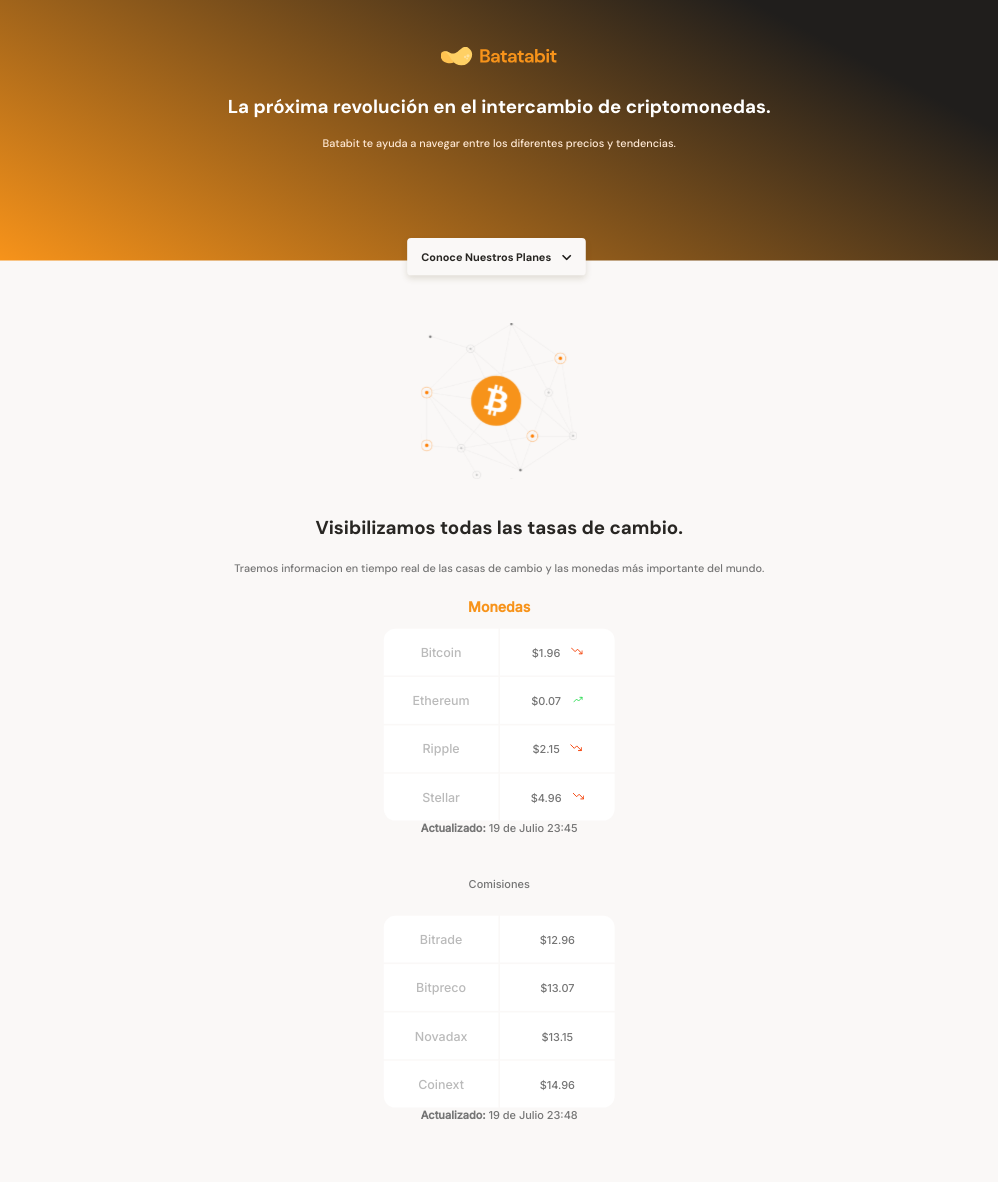
Repository: EnzoSz/Mobile-First
Page: index.html
These files come from the project's save history. The page is drawn as it stood at one moment and after the next save; the edit follows.
The browser window is 1280 px wide. The pictures show the whole page, at 78% of full size.

Above is the page before, as saved 2021-01-28 21:30:22.

### index.html
<!DOCTYPE html>
<html lang="en">
<head>
    <meta charset="UTF-8">
    <meta name="viewport" content="width=device-width, initial-scale=1.0">
    <title>Document</title>
    <link rel="preconnect" href="https://fonts.gstatic.com">
    <link href="https://fonts.googleapis.com/css2?family=DM+Sans:wght@400;500;700&family=Inter:wght@300;500&display=swap" rel="stylesheet">
    <link rel="stylesheet" href="./estilos.css">
</head>
<body>
    <header>
        <img src="./assets/img/logo.svg" alt="">
        <div class="header--title-container">
            <h1>La próxima revolución en el intercambio de criptomonedas.</h1>
            <p>Batabit te ayuda a navegar entre los diferentes precios y tendencias.</p>
            <a href="" class="header--button">Conoce Nuestros Planes <span></span></a>
        </div>
    </header>
    <main>
        <section class="main-exchange-container">
            <div class="backgroundImg"></div>
            <div class="main.exchange-container--title">
                <h2>Visibilizamos todas las tasas de cambio.</h2>
                <p>
                    Traemos informacion en  tiempo real de las casas de cambio y las monedas más importante del mundo.

                </p>
            </div>
            <section class="main-tables-container">
                <div class="main-currency-table">
                    <p class="currency-table--title">Monedas</p>
                    <div class="currency-table--container">
                        <table>
                            <tr>
                                <td class="table__top-left">Bitcoin</td>
                                <td class="table__top-right table__right">$1.96 <span class="down"></span></td>
                            </tr>
                            <tr>
                                <td>Ethereum</td>
                                <td class="table__right">$0.07 <span class="up"></span></td>
                            </tr>
                            <tr>
                                <td>Ripple</td>
                                <td class="table__right">$2.15 <span class="down"></span></td>
                            </tr>
                            <tr>
                                <td class="table__bottom-left">Stellar</td>
                                <td class="table__bottom-right table__right">$4.96 <span class="down"></span></td>
                            </tr>
                        </table>
                    </div>
                    <div class="currency-table-date">
                        <p>
                            <b>Actualizado:</b> 19 de Julio 23:45
                        </p>
                    </div>
                </div>
                <div class="main-commissions-table">
                    <p class="commissions-table--title">Comisiones</p>
                    <div class="commissions-table--container">
                        <table>
                            <tr>
                                <td class="table__top-left">Bitrade</td>
                                <td class="table__top-right table__right">$12.96</td>
                            </tr>
                            <tr>
                                <td>Bitpreco</td>
                                <td class="table__right">$13.07</td>
                            </tr>
                            <tr>
                                <td>Novadax</td>
                                <td class="table__right">$13.15</td>
                            </tr>
                            <tr>
                                <td class="table__bottom-left">Coinext</td>
                                <td class="table__bottom-right table__right">$14.96</td>
                            </tr>
                        </table>
                    </div>
                    <div class="currency-table-date">
                        <p>
                            <b>Actualizado:</b> 19 de Julio 23:48
                        </p>
                    </div>
                </div>
            </section>
        </section>
        <section></section>
        <section></section>
        <section></section>
    </main>
    <footer></footer>
</body>
</html>

### estilos.css
/*
1. Posicionamiento
2. Modelo de caja (Box model)
3. Tipografía
4. Visuales
5. Otros
*/
:root {
    /*Colores */
    --bitcoin-orange: #F7931A;
    --soft-orange: #FFE9D5;
    --secondary-blue: #1A9AF7;
    --soft-blue: #E7F5FF;
    --warm-black: #201E1C;
    --warm-black1: #282623;
    --grey: #BABABA;
    --off-white: #FAF8F7;
    --just-white: #FFFFFF;
}
* {
    box-sizing: border-box;
    margin: 0;
    padding: 0;
}
html {
    font-size: 62.5%;
    font-family: 'DM Sans', sans-serif;
}
header {
    position: relative;
    display: flex;
    flex-direction: column;
    justify-content: center;
    width: 100%;
    min-width: 32rem;
    height: 33.4rem;
    text-align: center;
    background: linear-gradient(207.8deg, #201E1C 16.69%, #F7931A 100%);;
}
header img {
    width: 15rem;
    height: 2.4rem;
    margin-top: 6.0rem;
    align-self:center;
}
.header--title-container {
    width: 90%;
    min-width: 28.8rem;
    max-width: 90rem;
    height: 21.8rem;
    margin-top: 4rem;
    text-align: center;
    align-self:center;

}
.header--title-container h1 {
    font-size: 2.4rem;
    font-weight: bold;
    line-height: 2.6rem;
    color: var(--just-white);
}
.header--title-container p {
    margin-top: 25px;
    font-size: 1.4rem;
    font-weight: 500;
    line-height: 1.8rem;
    color: var(--soft-orange);
}
.header--title-container .header--button {
    position: absolute;
    left: calc(50% - 118px);
    top: 270px;
    display: block;
    margin-top: 35px;
    padding: 15px;
    width: 229px;
    height: 48px;
    background-color: var(--off-white);
    /*Sombra*/
    box-shadow: 0px 4px 8px rgba(89, 73, 30, 0.16);
    border: none;
    border-radius: 5px;
    font-size: 1.4rem;
    font-weight: bold;
    text-decoration: none;
    color: var(--warm-black1);
}
.header--button span {
    display: inline-block;
    width: 13px;
    height: 8px;
    margin-left: 10px;
    background-image: url('./assets/icons/arrow-down.svg');
}
main {
    width: 100%;
    height: auto;
    background-color: var(--off-white);
}
.main-exchange-container {
    width: 100%;
    height: auto;
    padding-top: 80px;
    padding-bottom: 30px;
    text-align: center;
}
.main-exchange-container--title {
    width: 90%;
    min-width: 288px;
    max-width: 900px;
    margin: 0 auto;
}
.main-exchange-container .backgroundImg {
    width: 200px;
    height: 200px;
    margin: 0 auto;
    margin-bottom: 50px;
    background-image:url('./assets/img/bitcoin.svg');
    background-size: cover;
    background-position: center;
    background-repeat: no-repeat;
}
.main-exchange-container h2 {
    margin-bottom: 30px;
    font-size: 2.4rem;
    font-weight: bold;
    line-height: 2.6rem;
    color: var(--warm-black1);
}
.main-exchange-container p {
    margin-bottom: 30px;
    font-size: 1.4rem;
    font-weight: 500;
    line-height: 1.6rem;
    color: #757575;
}
.main-currency-table, .main-commissions-table {
    width: 70%;
    min-width: 235px;
    max-width: 500px;
    height: 360px;
    margin: 0 auto;
    font-family: "Inter", sans-serif;
}
.main-currency-table .currency-table--title {
    margin-bottom: 15px;
    font-size: 1.8rem;
    font-weight: bold;
    line-height: 2.3rem;
    color: var(--bitcoin-orange);
}
.currency-table--container, .commissions-table--container {
    width: 90%;
    min-width: 230px;
    max-width: 300px;
    height: 250px;
    margin: 0 auto;
}
.currency-table--container table, .commissions-table--container table {
    width: 100%;
    height: 100%;
}
.currency-table--container td, .commissions-table--container td {
    width: 50%;
    font-size: 1.6rem;
    font-weight: 500;
    line-height: 1.9rem;
    color: var(--grey);
    background-color: var(--just-white);
}
.currency-table--container .table__top-left, .commissions-table--container .table__top-left {
    border-radius: 15px 0 0 0;
}
.currency-table--container .table__top-right, .commissions-table--container .table__top-right {
    border-radius: 0 15px 0 0;
}
.currency-table--container .table__bottom-left, .commissions-table--container .table__bottom-left {
    border-radius: 0 0 0 15px;
}
.currency-table--container .table__bottom-right, .commissions-table--container .table__bottom-right {
    border-radius: 0 0 15px 0;
}
.currency-table--container .table__right, .commissions-table--container .table__right {
    font-size: 1.4rem;
    font-weight: normal;
    line-height: 1.7rem;
    color: #757575;
}
.currency-table--container .down {
    display: inline-block;
    width: 15px;
    height: 15px;
    margin-left: 10px;
    background-image: url('./assets/icons/trending-down.svg');
    background-size: cover;
    background-position: center;
    background-repeat: no-repeat;
}
.currency-table--container .up {
    display: inline-block;
    width: 15px;
    height: 15px;
    margin-left: 10px;
    background-image:url('./assets/icons/trending-up.svg');
    background-position: center;
    background-repeat:no-repeat;
}

After the next save:
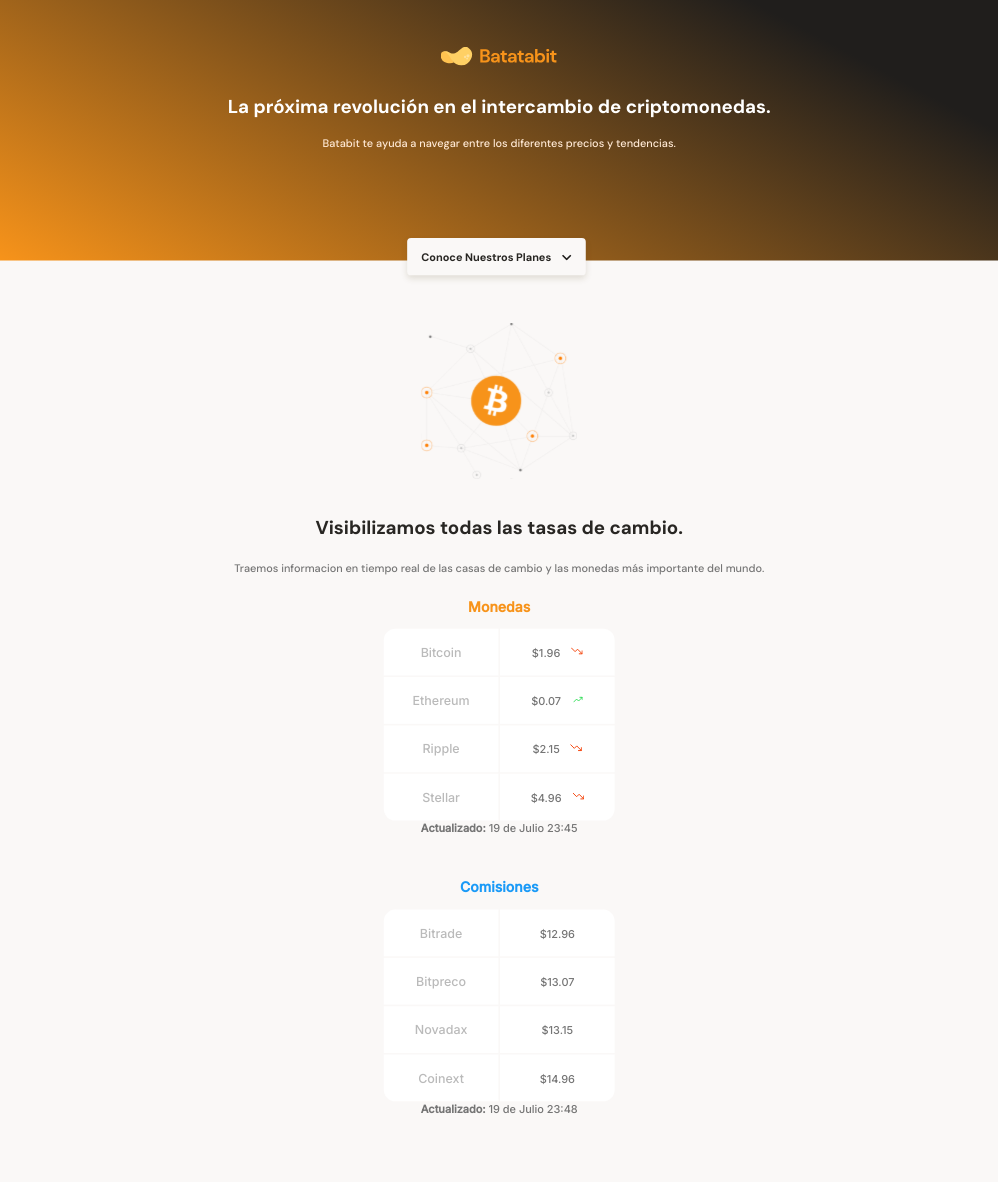
Saved 2 min 55 s later.
--- a/estilos.css
+++ b/estilos.css
@@ -205,3 +205,10 @@
     background-position: center;
     background-repeat:no-repeat;
 }
+.main-commissions-table .commissions-table--title {
+    margin-bottom: 15px;
+    font-size: 1.8rem;
+    font-weight: bold;
+    line-height: 2.3rem;
+    color: var(--secondary-blue);
+}
